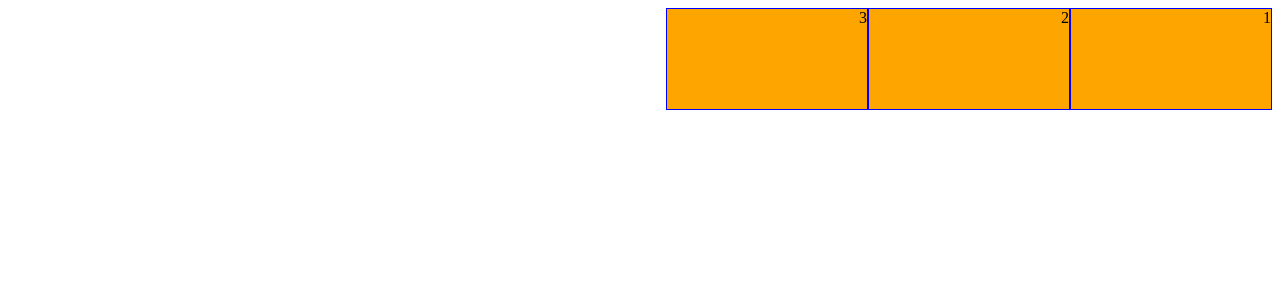
Repository: ddochiisrich/Ddochi-Web
Page: http://localhost/JSPClassCh06/flex_layout01.jsp
The author's editor kept a copy of each file at every save. The page is drawn from the files as they stood at one save, then again after the next save.
The browser window is 1280 px wide. The pictures show the whole page.
The page is served by Tomcat 9. Other server files are loaded and not shown.

Above is the page before, as saved 2024-04-09 01:35:41.

### JSPClassCh06/src/main/webapp/flex_layout01.jsp
<%@ page language="java" contentType="text/html; charset=UTF-8"
    pageEncoding="UTF-8"%>
<!DOCTYPE html>
<html>
<head>
<meta charset="UTF-8">
<title>🐭</title>

<style>
	#box{
		display:flex;
		direction: rtl;
	}
	.item{
		border: 1px solid blue;
		width: 200px;
		height: 100px;
		background-color: orange;
	}
</style>

</head>
<body>
	<div id="box">
		<div class="item">1</div>
		<div class="item">2</div>
		<div class="item">3</div>
	</div>

</body>
</html>

After the next save:
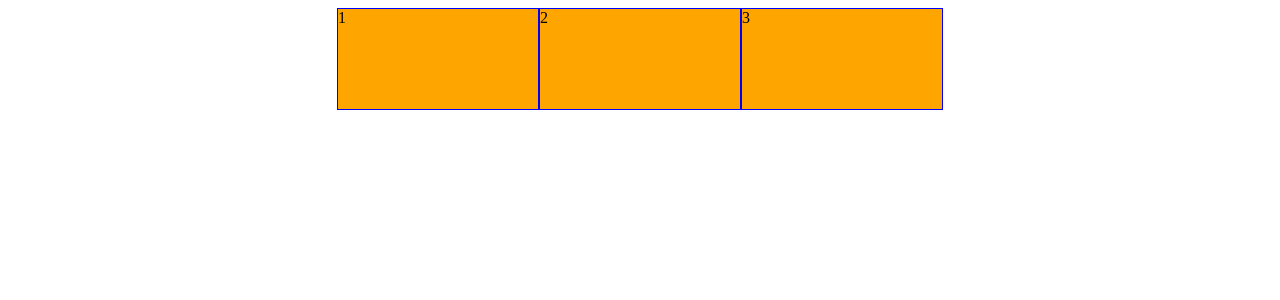
Saved 2 min 28 s later.
--- a/JSPClassCh06/src/main/webapp/flex_layout01.jsp
+++ b/JSPClassCh06/src/main/webapp/flex_layout01.jsp
@@ -9,7 +9,7 @@
 <style>
 	#box{
 		display:flex;
-		direction: rtl;
+		justify-content: center;
 	}
 	.item{
 		border: 1px solid blue;

After the save that followed:
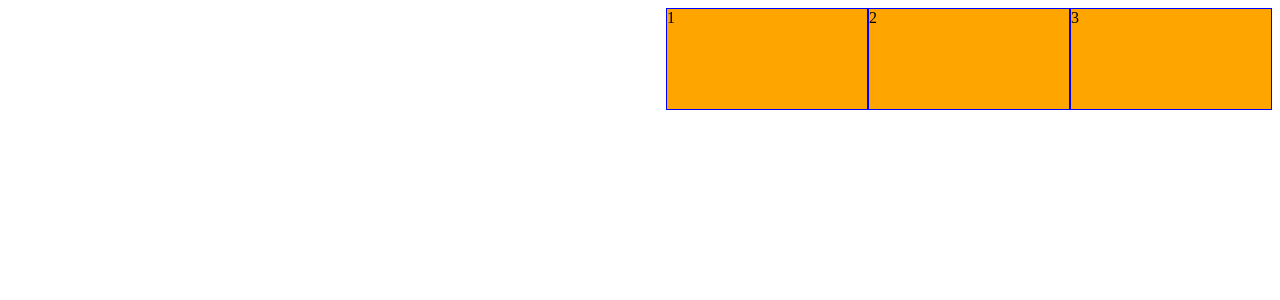
Saved 46 s later.
--- a/JSPClassCh06/src/main/webapp/flex_layout01.jsp
+++ b/JSPClassCh06/src/main/webapp/flex_layout01.jsp
@@ -9,7 +9,7 @@
 <style>
 	#box{
 		display:flex;
-		justify-content: center;
+		justify-content: end;
 	}
 	.item{
 		border: 1px solid blue;
